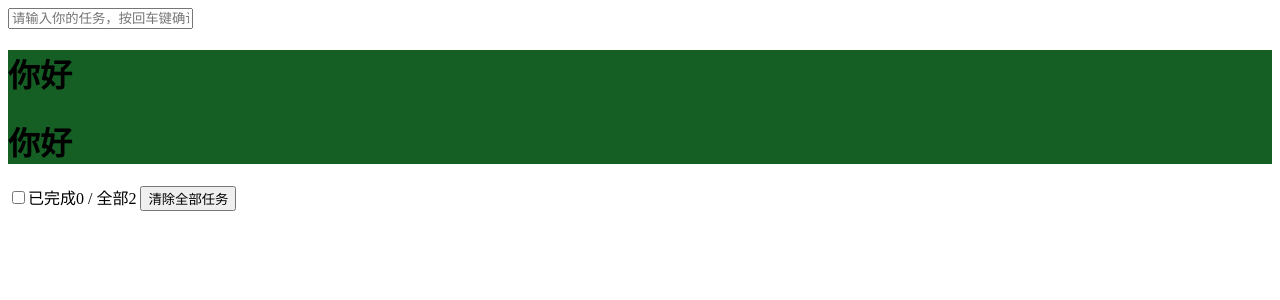
Repository: Lixianlai-2/The-journey-of-learning-Vue
Page: / (app in afterVueCli/Vue_Test/)
These files come from the project's save history. The page is drawn as it stood at one moment and after the next save; the edit follows.
The browser window is 1280 px wide. The pictures show the whole page.
The project was rebuilt for these pictures with package versions that can differ from the ones it lists, and the page was loaded fresh each time.

Above is the page before, as saved 2022-04-14 16:44:51.

### afterVueCli/Vue_Test/src/main.js
import Vue from "vue";
import App from "./App.vue";

// 关闭生产模式提醒
Vue.config.productionTip = false;

new Vue({
  render: (h) => h(App),
}).$mount("#app");

### afterVueCli/Vue_Test/src/App.vue
<template>
  <div id="root">
    <div class="root">
      <div class="todo-container">
        <div class="todo-wrap">
          <myHeader />
          <myList />
          <myFooter />
        </div>
      </div>
    </div>
  </div>
</template>

<script>
import myHeader from "./components/myHeader.vue";
import myFooter from "./components/myFooter.vue";
import myList from "./components/myList.vue";

export default {
  name: "Root",
  components: {
    myHeader,
    myFooter,
    myList,
  },
};
</script>

<style lang="less">
#app {
  background-color: aquamarine;
  .hello {
    border: 1px solid blue;
    background-color: rgb(146, 22, 22);
  }
}
</style>

### afterVueCli/Vue_Test/src/components/myHeader.vue
<template>
  <div>
    <div class="todo-header">
      <input type="text" placeholder="请输入你的任务，按回车键确认" />
    </div>
  </div>
</template>

<script>
export default {
  name: "Header",
};
</script>

<style scoped></style>

### afterVueCli/Vue_Test/src/components/myFooter.vue
<template>
  <div>
    <label>
      <input type="checkbox" />
    </label>
    <span> <span>已完成0</span> / 全部2 </span>
    <button class="btn btn-danger">清除全部任务</button>
  </div>
</template>

<script>
export default {
  name: "Footer",
};
</script>

<style scoped></style>

### afterVueCli/Vue_Test/src/components/myList.vue
<template>
  <div class="items">
    <h1>你好</h1>
    <myItem />
  </div>
</template>

<script>
import myItem from "./myItem.vue";

export default {
  name: "List",
  components: {
    myItem,
  },
};
</script>

<style scoped>
.items {
  background-color: rgb(21, 95, 37);
}
</style>

### afterVueCli/Vue_Test/src/components/myItem.vue
<template>
  <div>
    <h1>你好</h1>
  </div>
</template>

<script>
export default {
  name: "Item",
};
</script>

<style scoped></style>

Loaded but not shown: afterVueCli/Vue_Test/public/index.html (common file)

After the next save:
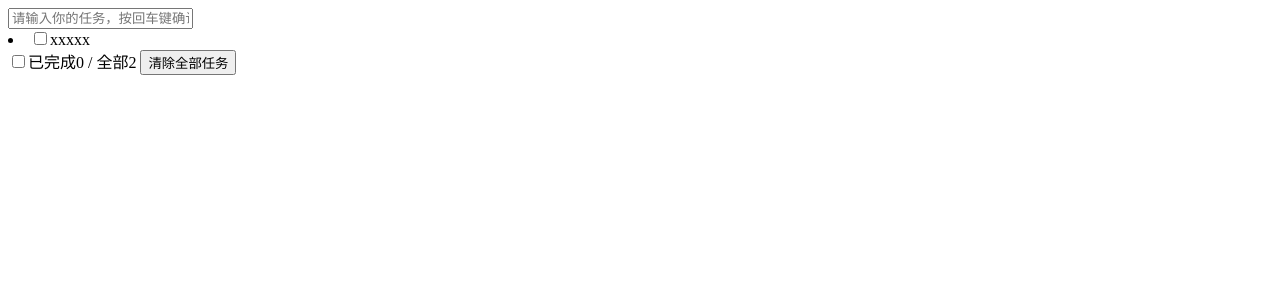
Saved 2 min 25 s later.
--- a/afterVueCli/Vue_Test/src/components/myList.vue
+++ b/afterVueCli/Vue_Test/src/components/myList.vue
@@ -1,7 +1,11 @@
 <template>
-  <div class="items">
-    <h1>你好</h1>
-    <myItem />
+  <div class="todo-main">
+    <li>
+      <label>
+        <input type="checkbox" />
+        <span>xxxxx</span>
+      </label>
+    </li>
   </div>
 </template>
 
